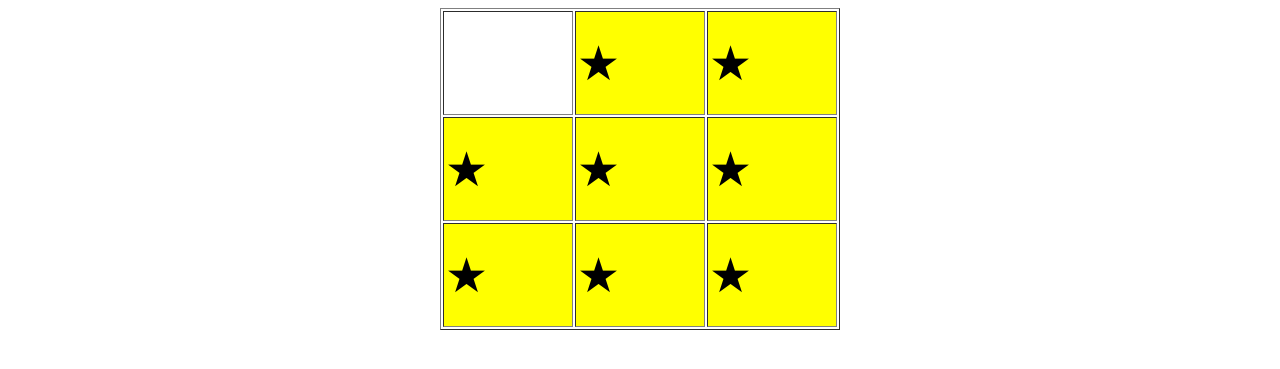
Repository: shindonguk/javapro
Page: htmls/WebContent/mouse/mause3.html
These files come from the project's save history. The page is drawn as it stood at one moment and after the next save; the edit follows.
The browser window is 1280 px wide. The pictures show the whole page.

Above is the page before, as saved 2017-01-16 08:59:49.

After the next save:
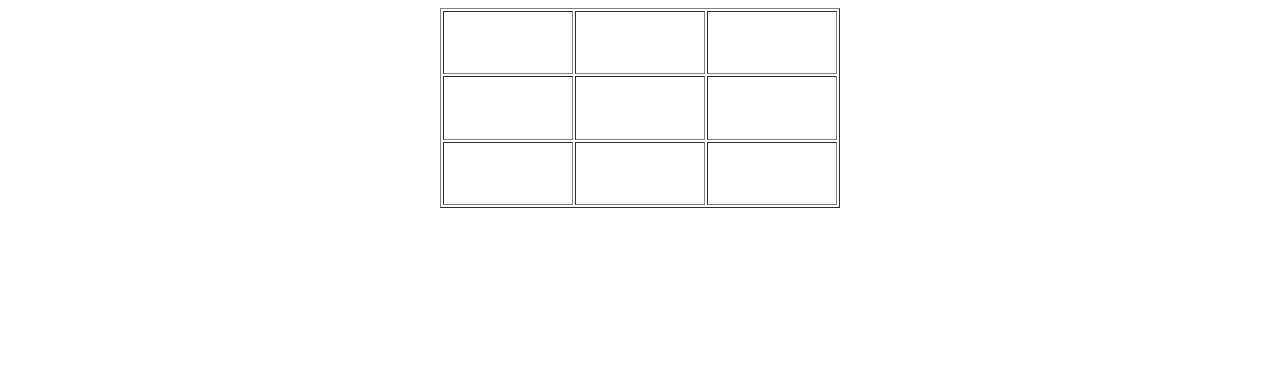
Console error: TypeError: tds.forEach is not a function
Saved 79 s later.
--- a/htmls/WebContent/mouse/mause3.html
+++ b/htmls/WebContent/mouse/mause3.html
@@ -5,9 +5,11 @@
 <title>Insert title here</title>
   <script type="text/javascript">
 
-    var tds;
 	window.onload=function(){
-		tds=document.getElementsByTagName("td");
+		var tds=document.getElementsByTagName("td");
+		tds.forEach(function(obj,idx){
+			obj.onMouseOver=call;
+		})
 		// 초기 설정..
 		call();
 		// 이벤트 자체발생..
